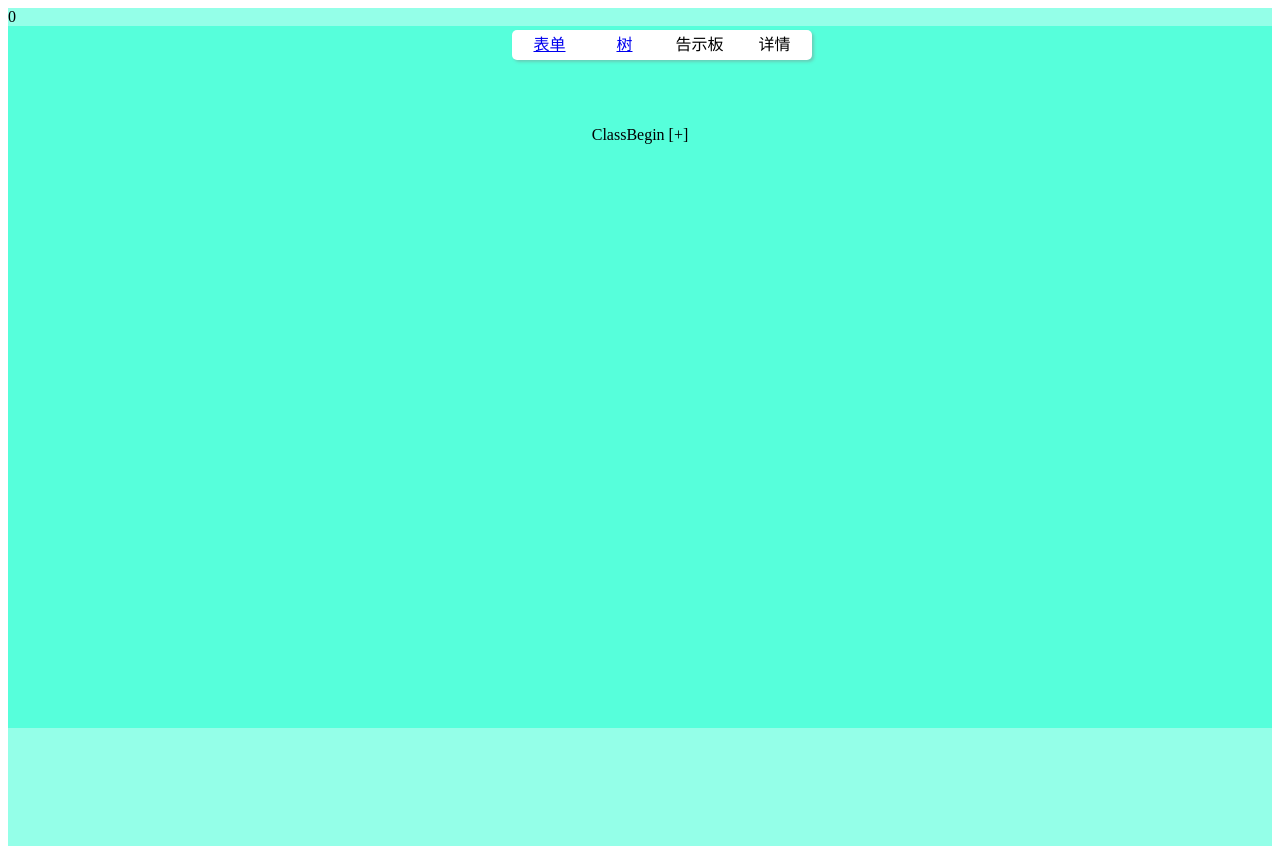
Repository: lxl0302/ClassBegin_-sound_code
Page: /#/tree
The author's editor kept a copy of each file at every save. The page is drawn from the files as they stood at one save, then again after the next save.
The browser window is 1280 px wide. The pictures show the whole page.
The project was rebuilt for these pictures with package versions that can differ from the ones it lists, and the page was loaded fresh each time. Also part of the build but not shown: src/form/Form.vue, src/form/FromItem.vue, src/form/Input.vue, src/notice/KNotice.vue, src/form/index.vue, src/views/homepage.vue.

Above is the page before, as saved 2020-07-10 17:02:43.

After the next save:
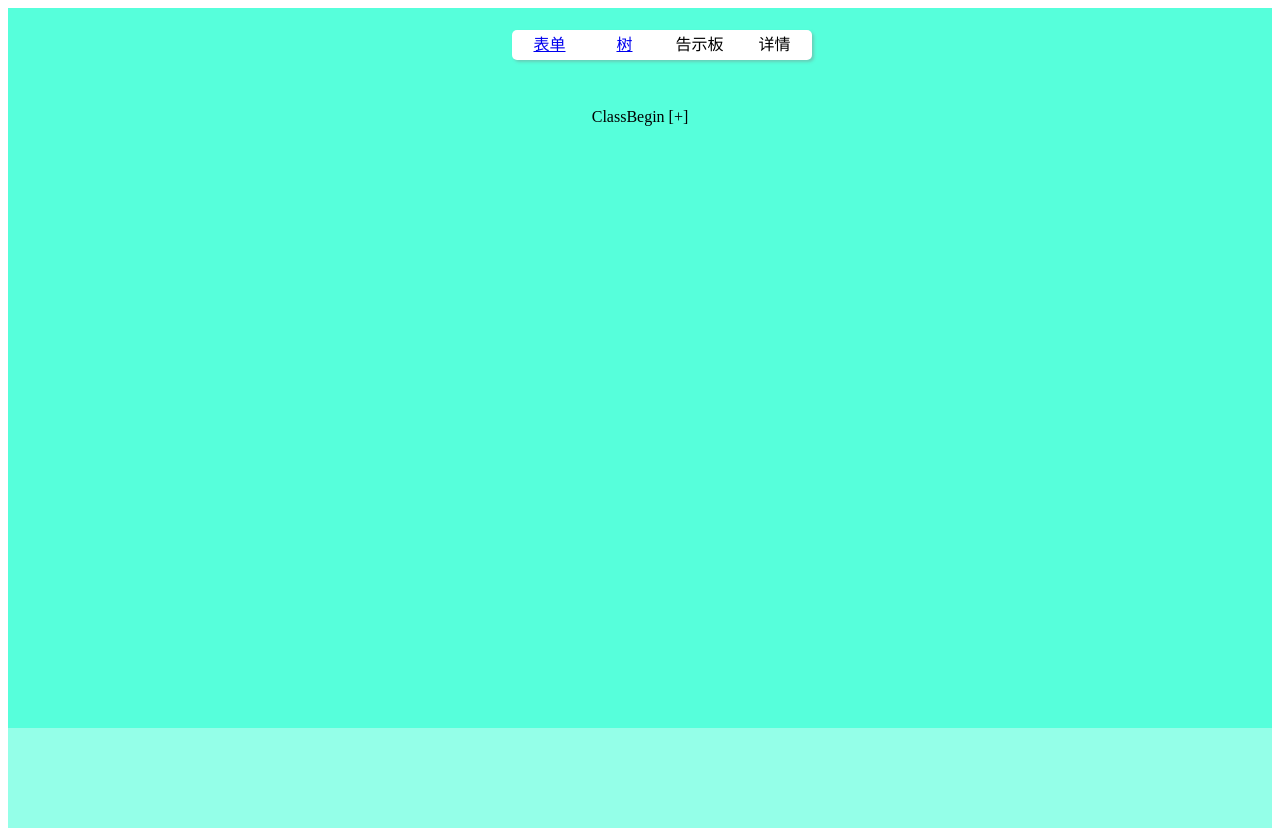
Saved 12 s later.
--- a/src/views/index.vue
+++ b/src/views/index.vue
@@ -1,6 +1,5 @@
 <template>
   <div class="zong">
-    {{testData}}
     <div class="toolbar">
       <span><router-link to="/kform">表单</router-link></span>
       <span><router-link to="/tree">树</router-link></span>
